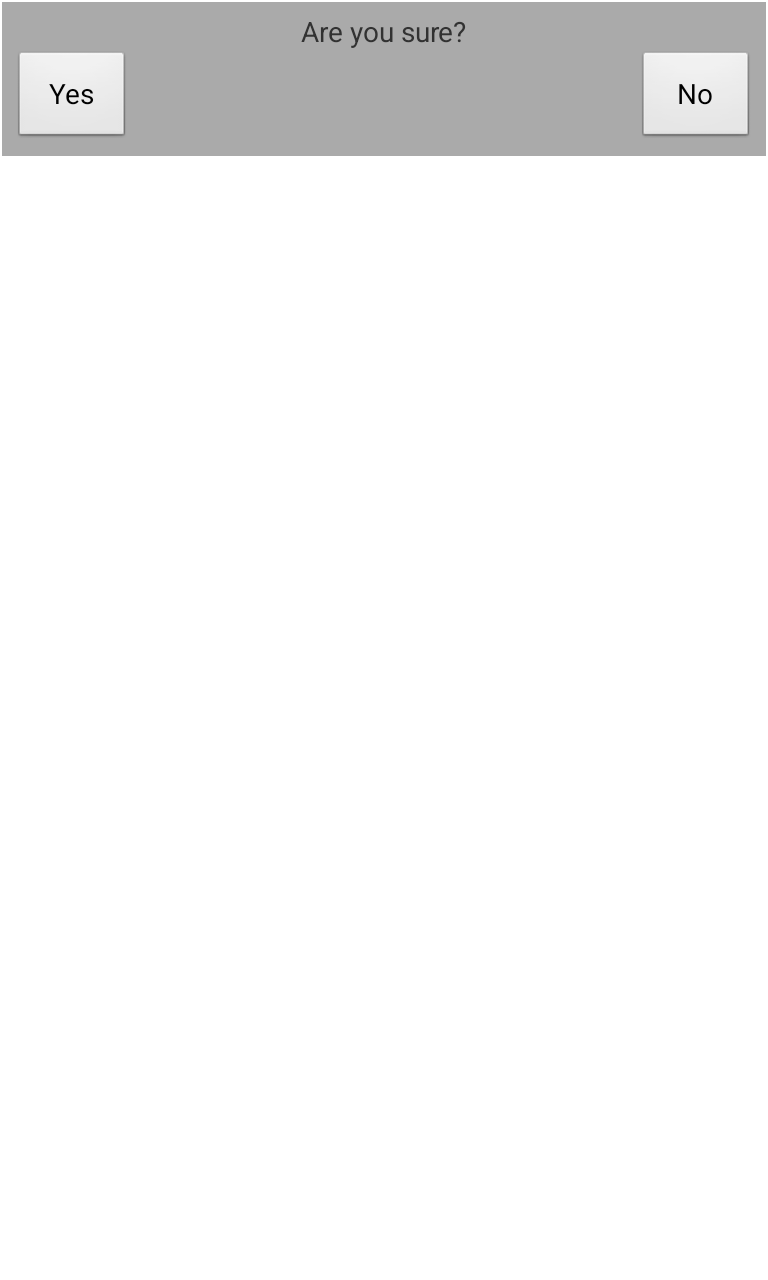
Repository: jwisch91/CS390-Project
Layout: workspace/testing/res/layout/confirmation_popup.xml
The author's editor kept a copy of each file at every save. The layout is drawn from the files as they stood at one save, then again after the next save.
It is drawn on a 768 x 1280 px phone screen (xhdpi) without system bars, with theme android:Theme.Light; the app's code is not run.

Above is the layout before, as saved 2013-04-12 02:24:39.

After the next save:
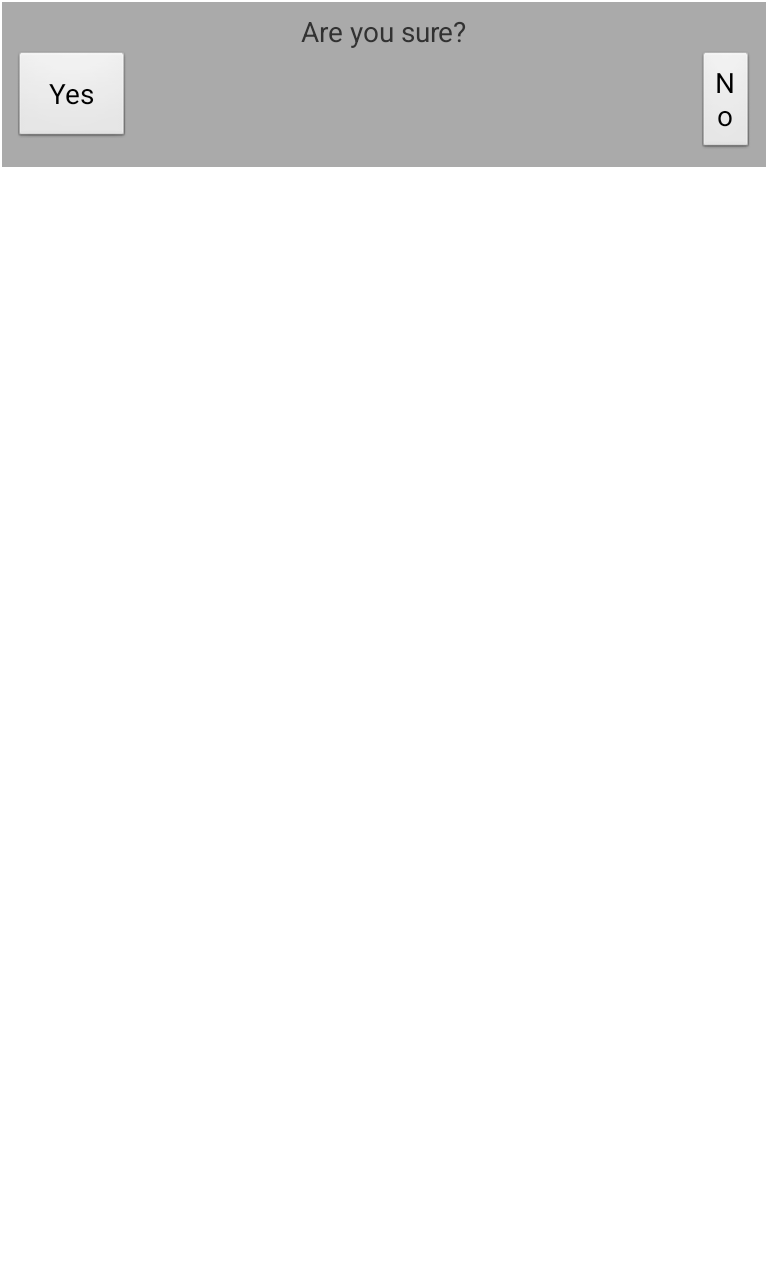
Saved 68 s later.
--- a/workspace/testing/res/layout/confirmation_popup.xml
+++ b/workspace/testing/res/layout/confirmation_popup.xml
@@ -28,7 +28,7 @@
 
         <Button
             android:id="@+id/reregister_no"
-            android:layout_width="60dp"
+            android:layout_width="30dp"
             android:layout_height="wrap_content"
             android:layout_below="@+id/reregister_top"
             android:layout_alignParentRight="true"

After the save that followed:
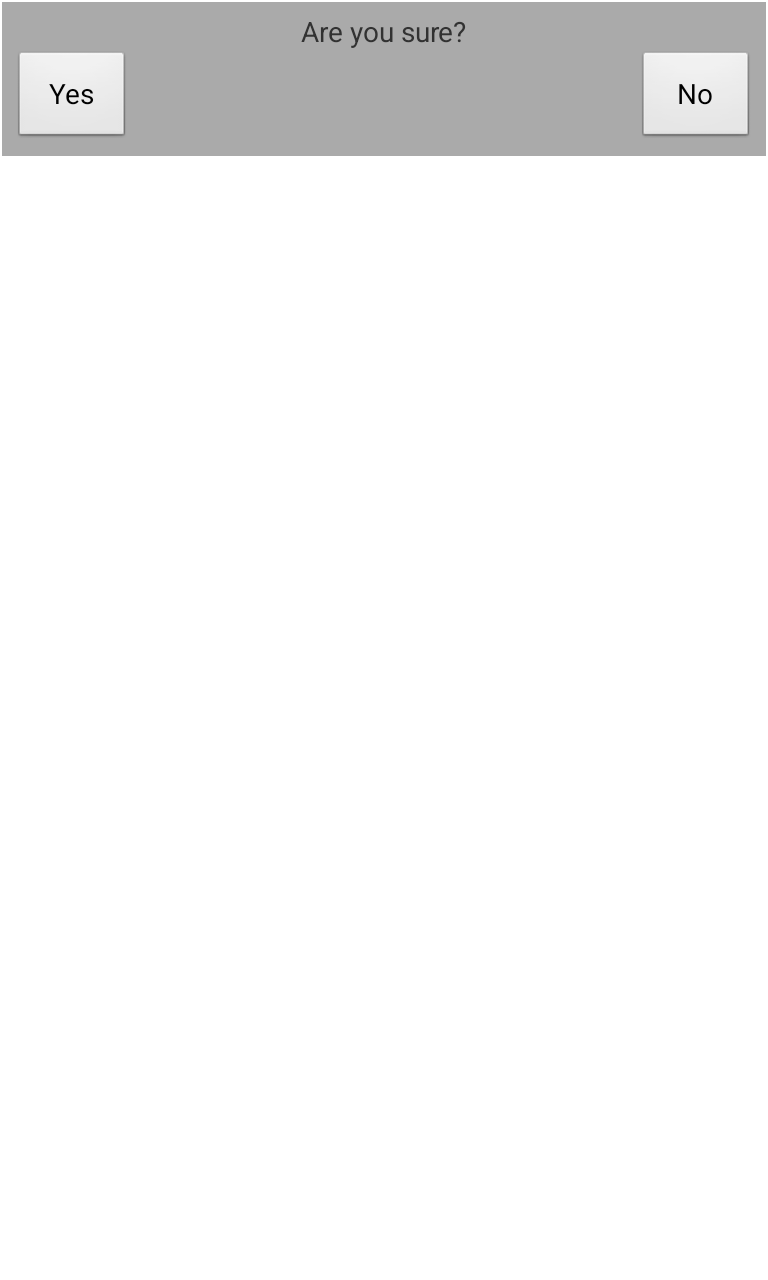
Saved 4 s later.
--- a/workspace/testing/res/layout/confirmation_popup.xml
+++ b/workspace/testing/res/layout/confirmation_popup.xml
@@ -28,7 +28,7 @@
 
         <Button
             android:id="@+id/reregister_no"
-            android:layout_width="30dp"
+            android:layout_width="60dp"
             android:layout_height="wrap_content"
             android:layout_below="@+id/reregister_top"
             android:layout_alignParentRight="true"
